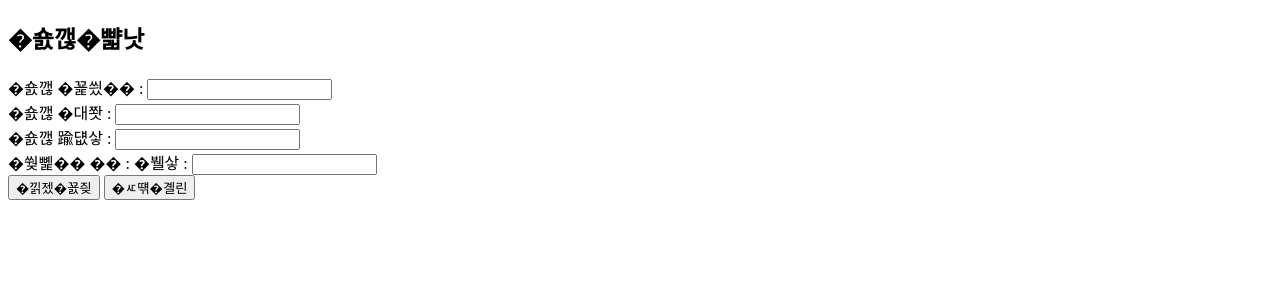
Repository: sunyeongan/Univ_lecture
Page: WebSever_2022/work/week12/week12/src/main/webapp/form.html
The author's editor kept a copy of each file at every save. The page is drawn from the files as they stood at one save, then again after the next save.
The browser window is 1280 px wide. The pictures show the whole page.

Above is the page before, as saved 2022-05-17 02:09:30.

After the next save:
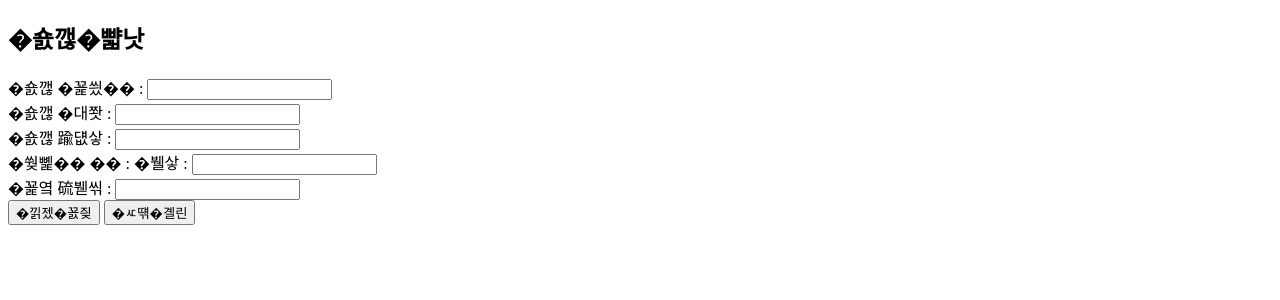
Saved 11 s later.
--- a/WebSever_2022/work/week12/week12/src/main/webapp/form.html
+++ b/WebSever_2022/work/week12/week12/src/main/webapp/form.html
@@ -12,6 +12,7 @@
 	학생 번호 : <input type = text name = call><br>
 	태어난 해 :
 	암호 : <input type = password name = pw><br>
+	전자 메일 : <input type = "text" name = mail><br>
 	<input type="submit" value = "입력완료">
 	<input type="submit" value = "다시쓰기">
 	</form>
